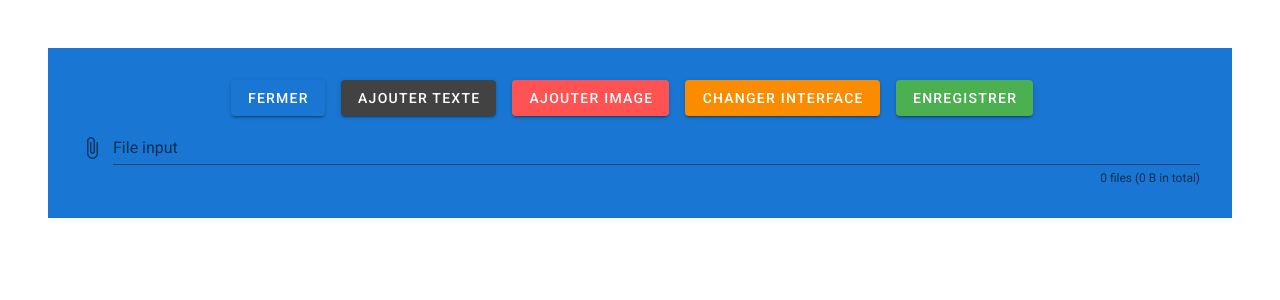
Repository: Hamagistral/BannerApp-Vue
Page: /#/dynamicPage
An editor plug-in stored every save of this project. The page is shown before and after a run of saves, followed by the edit.
The browser window is 1280 px wide. The pictures show the whole page.
The project was rebuilt for these pictures with package versions that can differ from the ones it lists, and the page was loaded fresh each time. Also part of the build but not shown: vue.config.js, src/components/WidgetText.vue, src/components/WidgetImage.vue, src/components/Home.vue.

Above is the page before, as saved 2023-02-07 01:37:58.

### public/index.html
<!DOCTYPE html>
<html lang="en">
  <head>
    <meta charset="utf-8">
    <meta http-equiv="X-UA-Compatible" content="IE=edge">
    <meta name="viewport" content="width=device-width,initial-scale=1.0">
    <link rel="icon" href="<%= BASE_URL %>favicon.ico">
    <title>Banner App</title>
    <link rel="stylesheet" href="https://fonts.googleapis.com/css?family=Roboto:100,300,400,500,700,900">
    <link rel="stylesheet" href="https://cdn.jsdelivr.net/npm/@mdi/font@latest/css/materialdesignicons.min.css">
  </head>
  <body>
    <noscript>
      <strong>We're sorry but Banner App doesn't work properly without JavaScript enabled. Please enable it to continue.</strong>
    </noscript>
    <div id="app"></div>
    <!-- built files will be auto injected -->
  </body>
</html>

### src/App.vue
<template>
  <v-app>
    <v-main>
      <v-container class="pa-12" fluid>
        <router-view align="center" justify="center" ></router-view>
      </v-container>
    </v-main>
  </v-app>
</template>

<script>

export default {
  name: "App",
  components: {},
};
</script>

### src/router/index.js
import Vue from 'vue'
import VueRouter from 'vue-router'
import DynamicPage from '../components/DynamicPage'
import Home from "../components/Home";

Vue.use(VueRouter)

const routes = [
  {
    path: '/',
    name: 'home',
    component: Home
  },
  {
    path: '/dynamicPage',
    name: 'dynamicPage',
    component: DynamicPage
  },

]
const router = new VueRouter({
  routes
})

export default router

### src/components/DynamicPage.vue
<template>
  <div>
    <template>
      <v-form class="primary pa-8" ref="form" v-model="valid" lazy-validation>
        <v-btn color="primary" class="mr-4" @click="addImage()">
          Fermer
        </v-btn>

        <v-btn color="secondary" class="mr-4" @click="addMore()">
          Ajouter Texte
        </v-btn>

        <v-btn color="error" class="mr-4" @click="addImage()">
          Ajouter Image
        </v-btn>

        <v-btn color="warning" class="mr-4" @click="addImage()">
          Changer Interface
        </v-btn>

        <v-btn color="success" class="mr-4" @click="addImage()">
          Enregistrer
        </v-btn>


        <template>
          <v-file-input
            show-size
            counter
            multiple
            label="File input"
            v-model="chosenFile"
          ></v-file-input>
        </template>
      </v-form>
    </template>

    <div v-for="(course, index) in courses" :key="`text-${index}`">
      <WidgetText></WidgetText>
    </div>
    <div v-for="(file, index) in previewImages" :key="`image-${index}`">
      <WidgetImage :previews="file" vif="file"></WidgetImage>
    </div>
  </div>
</template>

<script>
import WidgetText from "./WidgetText";
import WidgetImage from "./WidgetImage";

export default {
  name: "dynamicPage",
  components: {
    WidgetText,
    WidgetImage,
  },
  props: {
    msg: String,
  },
  data() {
    return {
      chosenFile: null,
      valid: false,
      /*n ' est pas utilise*/
      preview: [
        {
          name: "AAA.jpg",
          chosenFile: "yasser",
        },
      ],
      /*---*/
      previewImages: [],
      courses: 0,
    };
  },
  watch: {
    chosenFile: {
      handler(nw, od) {
        console.log(nw);
      },
      deep: true,
    },
  },
  methods: {
    clean() {
      this.chosenFile = null;
    },
    addMore() {
      this.courses += 1;
    },
    addImage() {
      if(this.chosenFile) {
      this.previewImages.push(...this.chosenFile);
      this.clean();
      } else {
        alert('Erreur, Veuillez choisir !')
      }
    },
  },
};
</script>

Loaded but not shown: src/main.js (common file); src/store/index.js (common file); src/plugins/vuetify.js (common file)

After the next 2 saves:
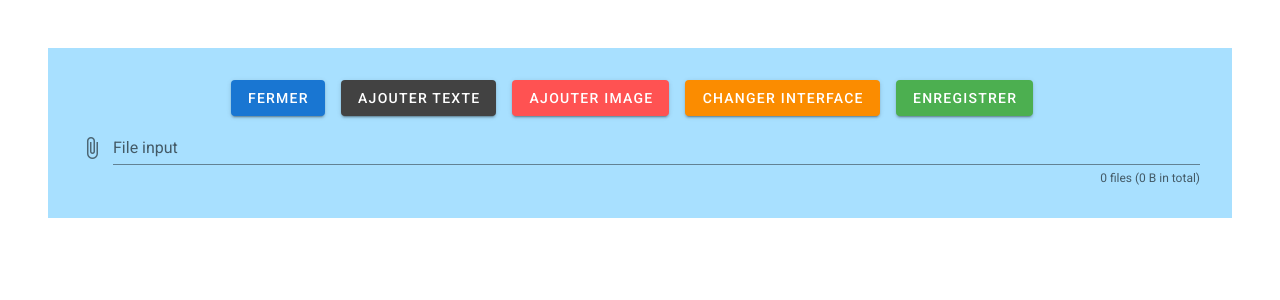
The 2 saves are shown as one change because they came seconds apart.
The last was saved 10 s later.
--- a/src/components/DynamicPage.vue
+++ b/src/components/DynamicPage.vue
@@ -1,7 +1,7 @@
 <template>
   <div>
     <template>
-      <v-form class="primary pa-8" ref="form" v-model="valid" lazy-validation>
+      <v-form class="primary pa-8 lighten-4" ref="form" v-model="valid" lazy-validation>
         <v-btn color="primary" class="mr-4" @click="addImage()">
           Fermer
         </v-btn>
